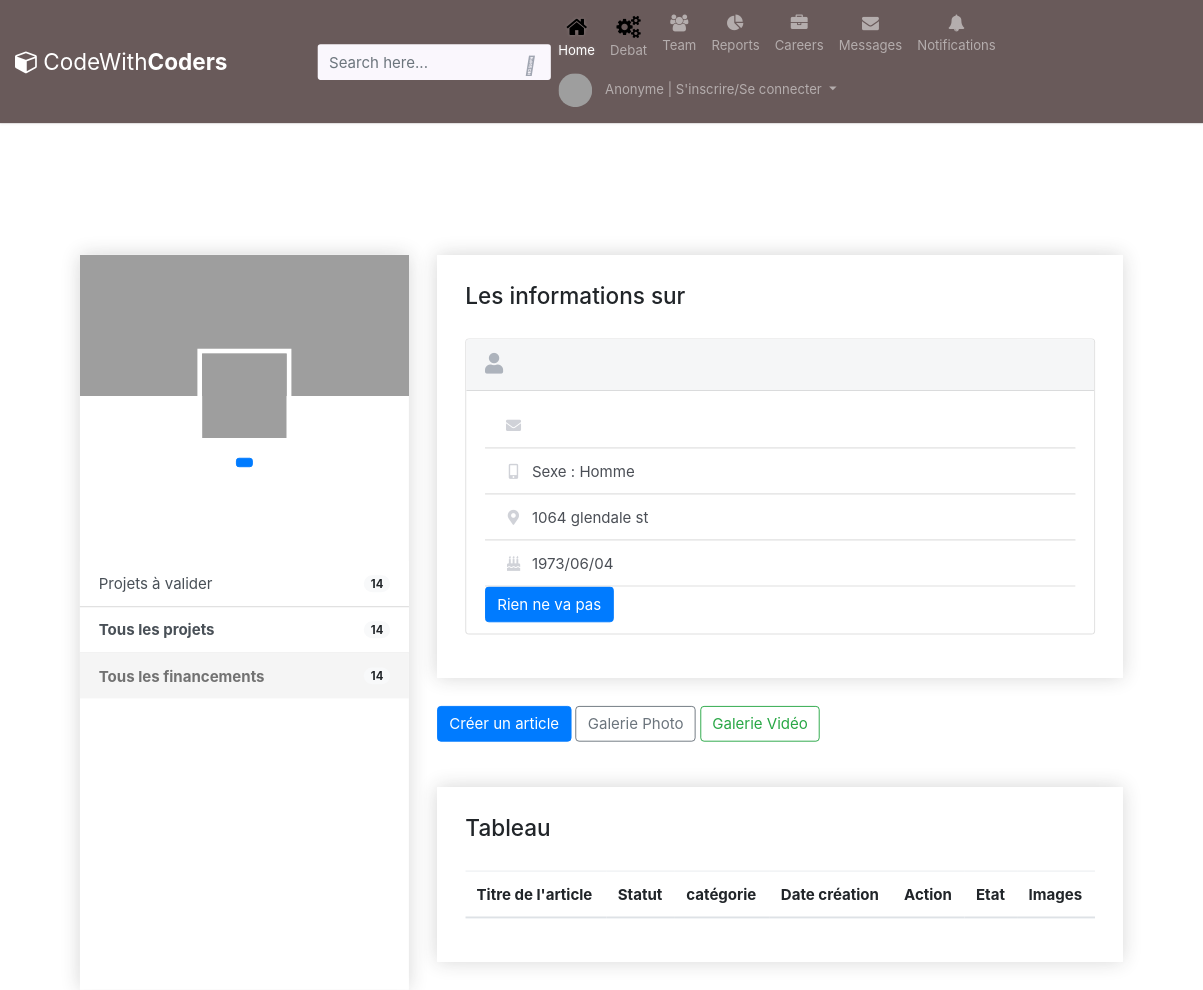
Repository: Yekpahi/Inews-symfony-news-app
Page: templates/user/user.html.twig
An editor plug-in stored every save of this project. The page is shown before and after the next save, followed by the edit.
The browser window is 1280 px wide. The pictures show the whole page, at 94% of full size.
Pictures or frames that could not be fetched are drawn as grey boxes. Some web fonts or font styles are not loaded; a fallback is used. Some web libraries are served in a nearby version. The page is a Twig template of a Symfony application; nobody is signed in and links lead nowhere. The template is opened directly, without the code that normally fills it, so the values that code supplies are empty.

Above is the page before, as saved 2021-12-02 00:17:12.
Console error: TypeError: Cannot read properties of null (reading 'addEventListener')

After the next save:
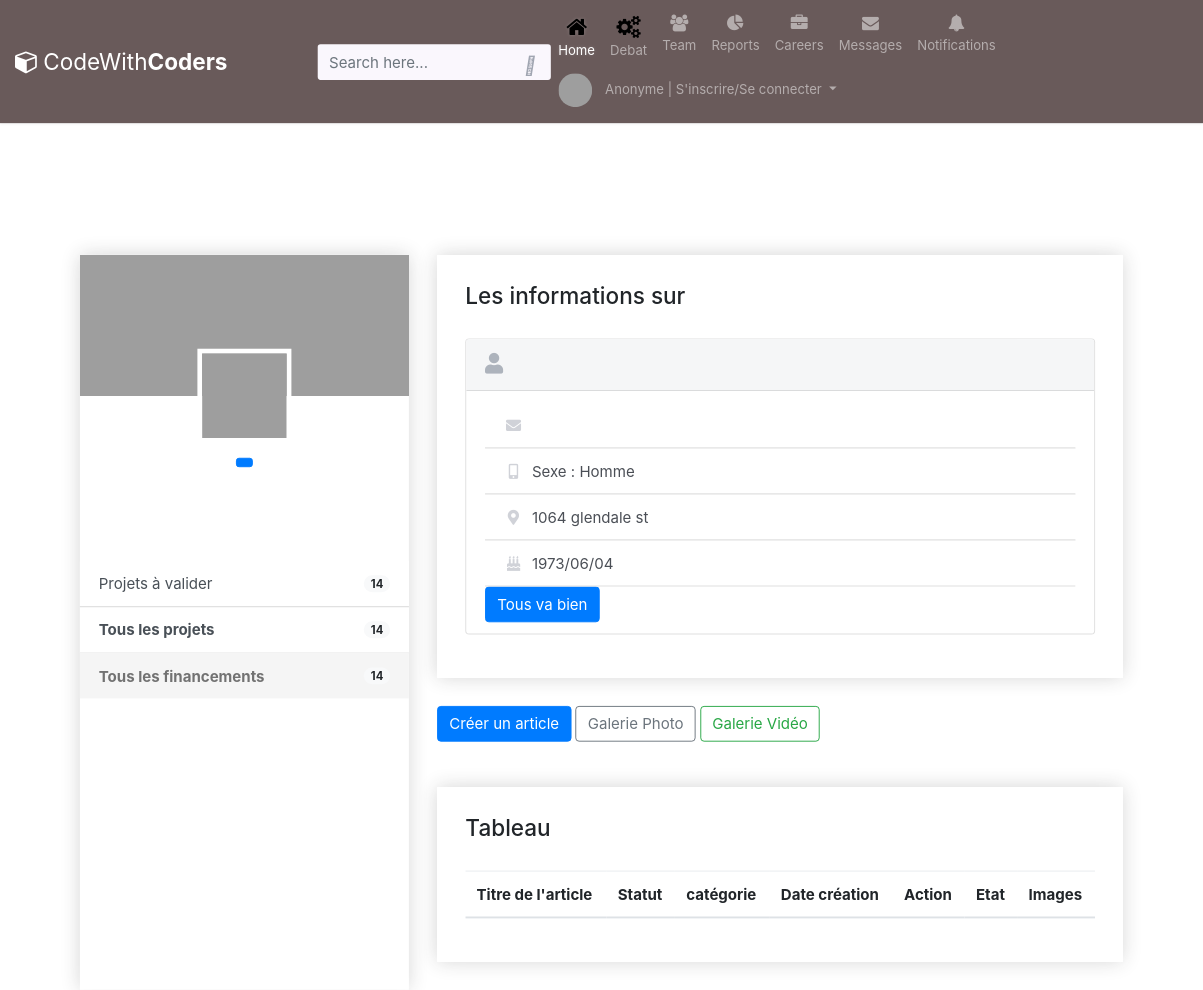
Saved 45 s later.
--- a/templates/user/user.html.twig
+++ b/templates/user/user.html.twig
@@ -22,7 +22,7 @@
 	<!--- Fin Header -->
 
 	{% block visiteur %}
-		{% include "user/visiteur.html.twig" %}
+		{% include "user/myprofile.html.twig" %}
 	{% endblock %}
 
 
--- a/templates/user/visiteur.html.twig
+++ b/templates/user/visiteur.html.twig
@@ -6,10 +6,10 @@
 				<div class="col-lg-4 col-md-5 col-xs-12">
 					<div class="user-profile-box">
 						<div class="header clearfix d-flex flex-column align-items-center">
-							<h2>{{app.user.firstName}}
-								{{app.user.lastName}}</h2>
+							<h2>{{user.firstName}}
+								{{user.lastName}}</h2>
 
-							{% if app.user.avatar %}
+							{% if user.avatar %}
 								<img id="g-profile-img" class="img-fuid mb-3" alt="photo de {{ user.firstName }} {{ user.firstName }}" src="{{asset(('uploads/images/avatar/' ~ user.avatar)|imagine_filter('avatar')) }}">
 
 							{% else %}
